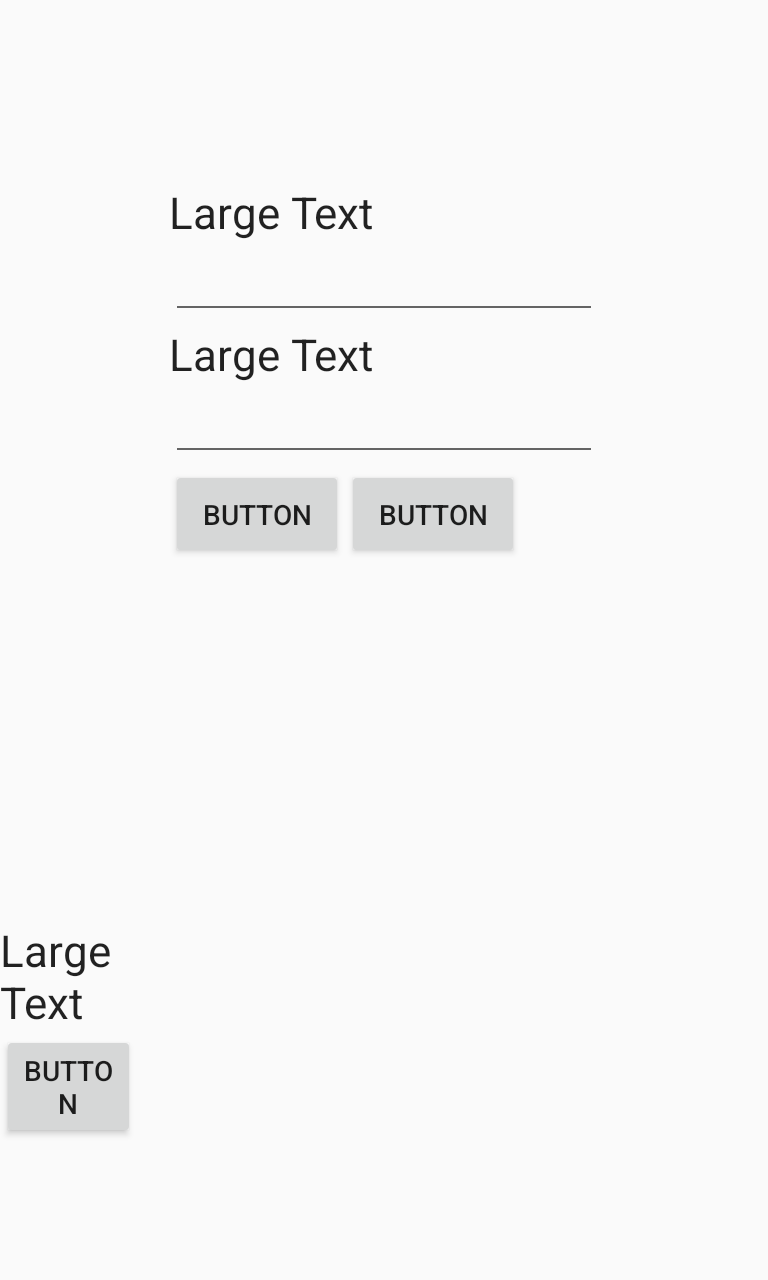
Repository: luizhenrique-dev/repositorio-mobile
Layout: ProjetoFinalMobile/UFGMemo/res/layout/activity_login.xml
An editor plug-in stored every save of this project. The layout is shown before and after the next save, followed by the edit.
It is drawn on a 768 x 1280 px phone screen (xhdpi) without system bars, with theme AppTheme; the app's code is not run.

Above is the layout before, as saved 2014-05-18 02:04:26.

After the next save:
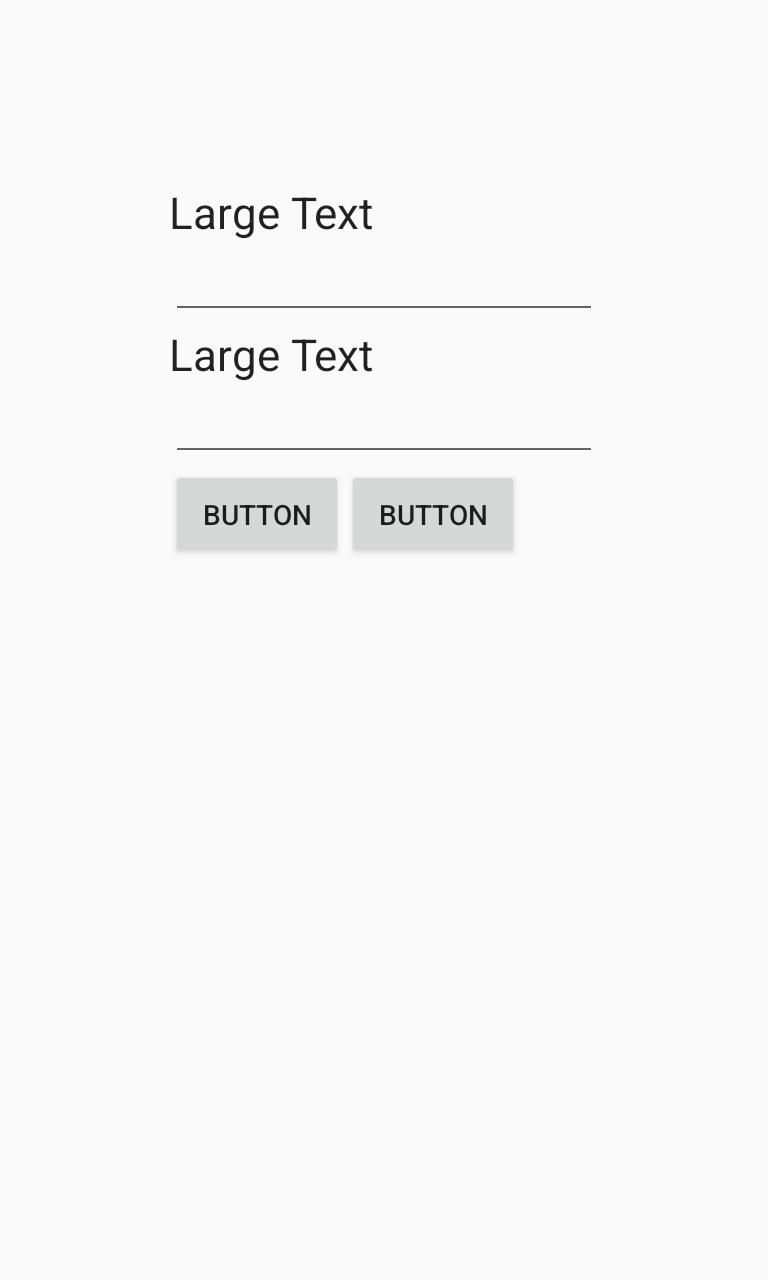
Saved 90 s later.
--- a/ProjetoFinalMobile/UFGMemo/res/layout/activity_login.xml
+++ b/ProjetoFinalMobile/UFGMemo/res/layout/activity_login.xml
@@ -5,31 +5,6 @@
     android:layout_height="match_parent"
     tools:context="br.ufg.inf.es.memo.LoginActivity"
     tools:ignore="MergeRootFrame" >
-
-    <LinearLayout
-        android:id="@+id/linearLayout2"
-        android:layout_width="wrap_content"
-        android:layout_height="wrap_content"
-        android:layout_alignParentBottom="true"
-        android:layout_marginBottom="69dp"
-        android:layout_marginRight="16dp"
-        android:layout_toLeftOf="@+id/linearLayout1"
-        android:orientation="vertical" >
-
-        <TextView
-            android:id="@+id/textView1"
-            android:layout_width="wrap_content"
-            android:layout_height="wrap_content"
-            android:text="Large Text"
-            android:textAppearance="?android:attr/textAppearanceLarge" />
-
-        <Button
-            android:id="@+id/button2"
-            android:layout_width="wrap_content"
-            android:layout_height="wrap_content"
-            android:layout_weight="1.07"
-            android:text="Button" />
-    </LinearLayout>
 
     <LinearLayout
         android:id="@+id/linearLayout1"
@@ -83,4 +58,5 @@
         </LinearLayout>
     </LinearLayout>
 
+
 </RelativeLayout>
